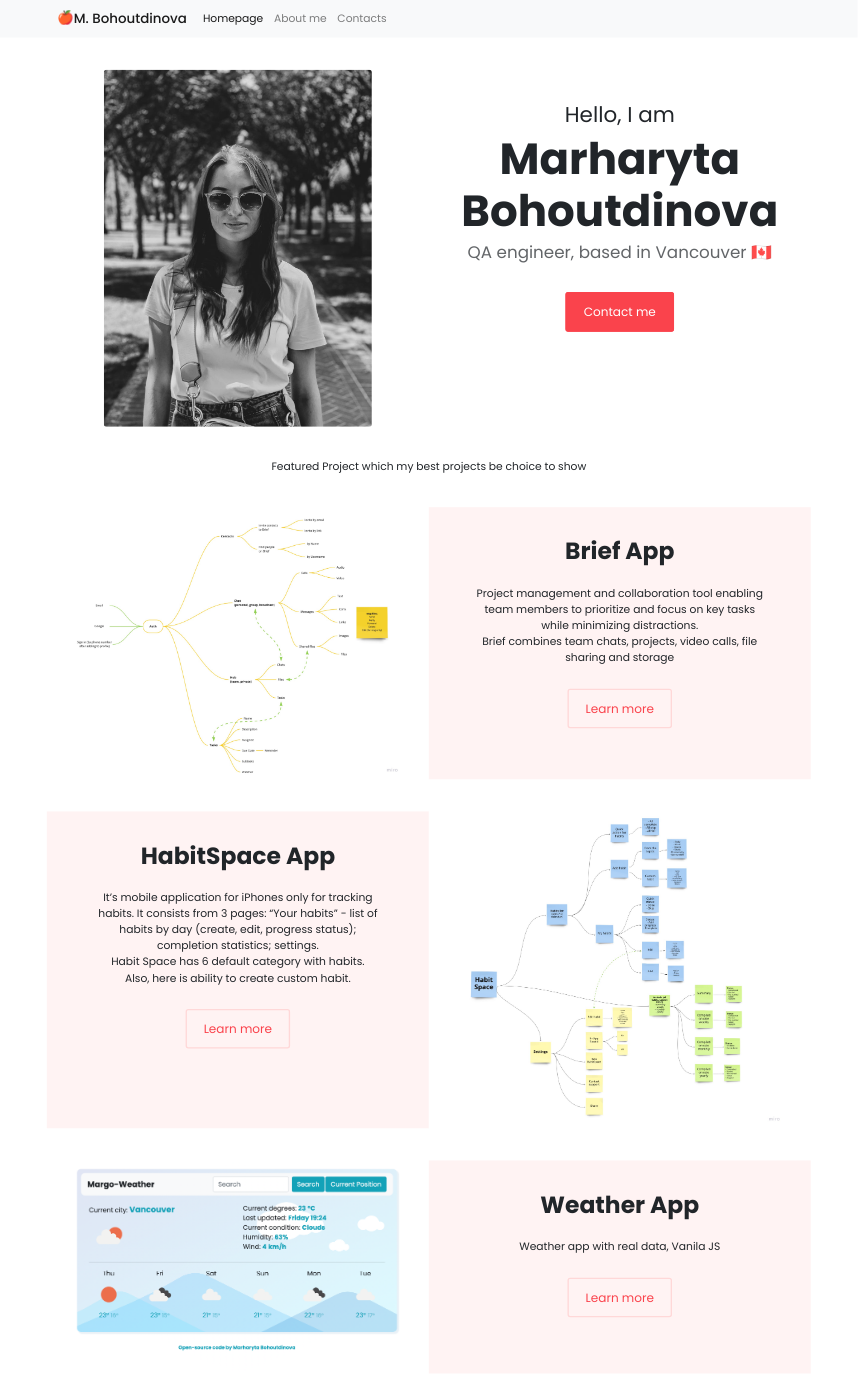
Repository: Bohoutdinova/Portfolio_week-4
Page: index.html
These files come from the project's save history. The page is drawn as it stood at one moment and after the next save; the edit follows.
The browser window is 1280 px wide. The pictures show the whole page, at 67% of full size.

Above is the page before, as saved 2022-08-11 19:28:26.

### index.html
<!DOCTYPE html>
<html lang="en">
  <head>
    <meta charset="UTF-8" />
    <meta http-equiv="X-UA-Compatible" content="IE=edge" />
    <meta name="viewport" content="width=device-width, initial-scale=1.0" />
    <title>M. Bohoutdinova - QA engineer</title>
    <meta
      name="description"
      content="M. Bohoutdinova - QA engineer, situated in Vancouver"
    />
    <link
      rel="stylesheet"
      href="https://cdn.jsdelivr.net/npm/bootstrap@4.3.1/dist/css/bootstrap.min.css"
      integrity="sha384-ggOyR0iXCbMQv3Xipma34MD+dH/1fQ784/j6cY/iJTQUOhcWr7x9JvoRxT2MZw1T"
      crossorigin="anonymous"
    />
    <script
      src="https://code.jquery.com/jquery-3.3.1.slim.min.js"
      integrity="sha384-q8i/X+965DzO0rT7abK41JStQIAqVgRVzpbzo5smXKp4YfRvH+8abtTE1Pi6jizo"
      crossorigin="anonymous"
    ></script>
    <script
      src="https://cdn.jsdelivr.net/npm/popper.js@1.14.7/dist/umd/popper.min.js"
      integrity="sha384-UO2eT0CpHqdSJQ6hJty5KVphtPhzWj9WO1clHTMGa3JDZwrnQq4sF86dIHNDz0W1"
      crossorigin="anonymous"
    ></script>
    <script
      src="https://cdn.jsdelivr.net/npm/bootstrap@4.3.1/dist/js/bootstrap.min.js"
      integrity="sha384-JjSmVgyd0p3pXB1rRibZUAYoIIy6OrQ6VrjIEaFf/nJGzIxFDsf4x0xIM+B07jRM"
      crossorigin="anonymous"
    ></script>
    <link rel="stylesheet" href="/src/style.css" />
    <link rel="preconnect" href="https://fonts.googleapis.com" />
    <link rel="preconnect" href="https://fonts.gstatic.com" crossorigin />
    <link rel="preconnect" href="https://fonts.googleapis.com" />
    <link rel="preconnect" href="https://fonts.gstatic.com" crossorigin />
    <link
      href="https://fonts.googleapis.com/css2?family=Abril+Fatface&family=Poppins:wght@100;400;500;700&display=swap"
      rel="stylesheet"
    />
  </head>
  <body>
    <nav class="navbar navbar-expand-lg navbar-light bg-light">
      <div class="container">
        <a class="navbar-brand" href="/index.html" title="Homepage"
          >M. Bohoutdinova</a
        >
        <button
          class="navbar-toggler"
          type="button"
          data-toggle="collapse"
          data-target="#navbarNav"
          aria-controls="navbarNav"
          aria-expanded="false"
          aria-label="Toggle navigation"
        >
          <span class="navbar-toggler-icon"></span>
        </button>
        <div class="collapse navbar-collapse" id="navbarNav">
          <ul class="navbar-nav">
            <li class="nav-item active">
              <a class="nav-link" href="/index.html" title="Homepage"
                >Homepage <span class="sr-only">(current)</span></a
              >
            </li>
            <li class="nav-item">
              <a class="nav-link" href="#" title="About M. Bohoutdinova"
                >About me</a
              >
            </li>
            <li class="nav-item">
              <a class="nav-link" href="#" title="Contact with M. Bohoutdinova"
                >Contacts</a
              >
            </li>
          </ul>
        </div>
      </div>
    </nav>
    <div class="container mt-5">
      <div class="row">
        <div class="col d-none d-lg-block">
          <img
            src="/images/photo.jpg"
            alt="My photo"
            width="400"
            class="img-fluid rounded"
          />
        </div>
        <div class="col hero-page mt-5">
          <h2>Hello, I am</h2>
          <h1>Marharyta Bohoutdinova</h1>
          <h3>QA engineer, based in Vancouver 🇨🇦</h3>
          <a href="#" class="contact-me rounded" title="Contact me"
            >Contact me</a
          >
        </div>
      </div>
      <p class="about-app mt-5">
        Featured Project which my best projects be choice to show
      </p>
      <div class="row mt-5">
        <div class="col d-none d-lg-block">
          <img
            src="/images/Brief.jpeg"
            alt="Brief-app"
            class="img-fluid"
            width="500"
          />
        </div>
        <div class="col app">
          <div class="app-description">
            <h2 class="app-name">Brief App</h2>
            <p class="app-description-p">
              Project management and collaboration tool enabling team members to
              prioritize and focus on key tasks while minimizing distractions.
              <br />
              Brief combines team chats, projects, video calls, file sharing and
              storage
            </p>
            <a href="#" class="app-link rounded" title="Brief - learn more"
              >Learn more</a
            >
          </div>
        </div>
      </div>

      <div class="row mt-5">
        <div class="col app">
          <div class="app-description">
            <h2 class="app-name">HabitSpace App</h2>
            <p class="app-description-p">
              It’s mobile application for iPhones only for tracking habits. It
              consists from 3 pages: “Your habits” - list of habits by day
              (create, edit, progress status); completion statistics; settings.
              <br />Habit Space has 6 default category with habits. <br />
              Also, here is ability to create custom habit.
            </p>
            <a href="#" class="app-link rounded" title="Brief - learn more"
              >Learn more</a
            >
          </div>
        </div>
        <div class="col d-none d-lg-block">
          <img
            src="/images/Habit_space.jpeg"
            alt="HabitSpace-app"
            class="img-fluid"
            width="500"
          />
        </div>
      </div>

      <div class="row mt-5">
        <div class="col d-none d-lg-block">
          <img
            src="/images/Weather-app.png"
            alt="Weather-app"
            class="img-fluid"
            width="500"
          />
        </div>
        <div class="col app">
          <div class="app-description">
            <h2 class="app-name">Weather App</h2>
            <p class="app-description-p">
              Weather app with real data, Vanila JS
            </p>
            <a href="#" class="app-link rounded" title="Brief - learn more"
              >Learn more</a
            >
          </div>
        </div>
      </div>
    </div>
  </body>
</html>

### src/style.css
:root {
  --main-family-font: "Poppins", sans-serif;
  --main-color: #fa434c;
}
body {
  font-family: var(--main-family-font);
}

.navbar-brand {
  position: relative;
  padding-left: 25px;
  font-weight: 500;
}

.navbar-brand:before {
  position: absolute;
  content: "🍎";
  left: 0;
  top: 3px;
}

.navbar-brand:hover:before {
  content: "🍏";
}
.hero-page {
  text-align: center;
}

h2 {
  font-weight: 400;
}
h1 {
  font-weight: 700;
  font-size: 65px;
}
h3 {
  font-size: 25px;
  font-weight: 400;
  opacity: 70%;
}
.hero-page h3 {
  margin-bottom: 60px;
}
img {
  display: block;
  margin: 0 auto;
  text-align: center;
}
.col-sm-6 {
  padding: 0;
}
.contact-me {
  padding: 15px 25px;
  background-color: var(--main-color);
  color: white;
  font-size: 18px;
  border: 2px solid var(--main-color);
}
.contact-me:hover {
  color: var(--main-color);
  background-color: white;
  border-color: var(--main-color);
  text-decoration: none;
}
.about-app {
  text-align: center;
}
.app-name {
  font-size: 35px;
  font-weight: 700;
}
.app {
  background-color: rgb(255, 216, 216, 30%);
}
.app-description {
  padding: 15px 25px;
  margin: 30px;
  text-align: center;
}
.app-description-p {
  margin-top: 30px;
  margin-bottom: 50px;
}
.app-link {
  color: var(--main-color);
  padding: 15px 25px;
  font-size: 18px;
  border: 2px solid rgb(255, 216, 216);
}
.app-link:hover {
  text-decoration: none;
  color: black;
}

After the next save:
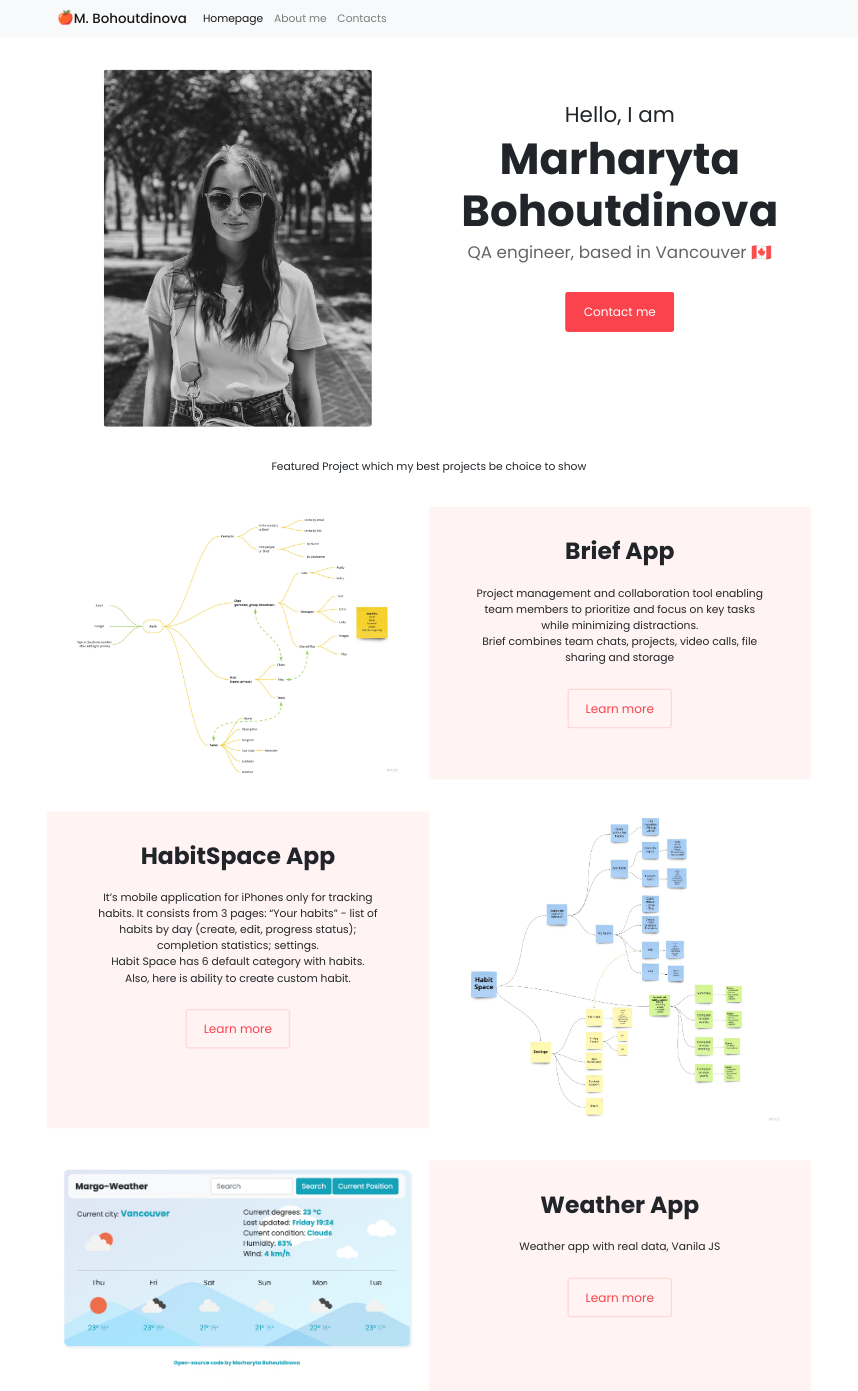
Saved 33 s later.
--- a/index.html
+++ b/index.html
@@ -158,7 +158,7 @@
             src="/images/Weather-app.png"
             alt="Weather-app"
             class="img-fluid"
-            width="500"
+            width="600"
           />
         </div>
         <div class="col app">

After the save that followed:
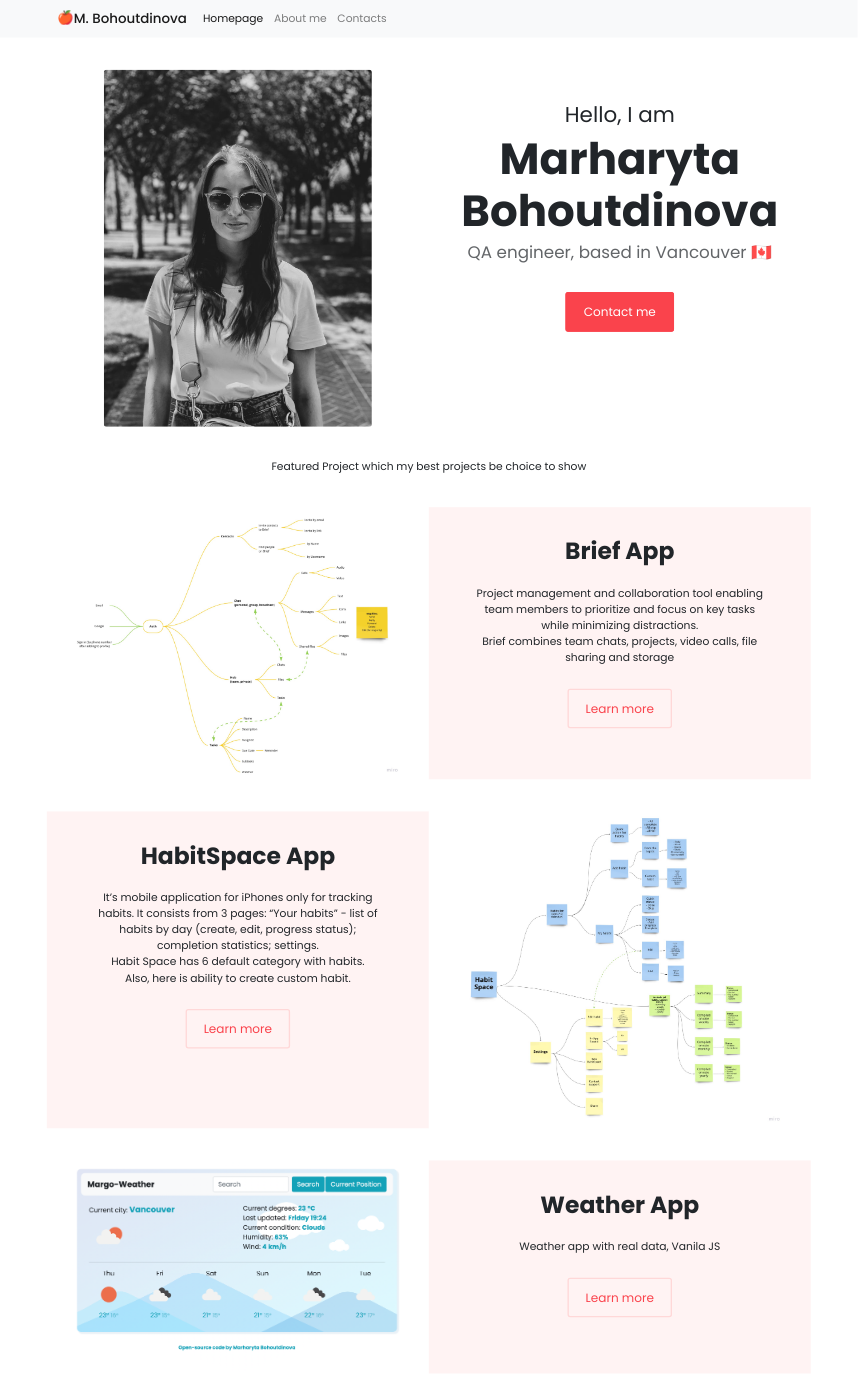
Saved 6 s later.
--- a/index.html
+++ b/index.html
@@ -158,7 +158,7 @@
             src="/images/Weather-app.png"
             alt="Weather-app"
             class="img-fluid"
-            width="600"
+            width="500"
           />
         </div>
         <div class="col app">
